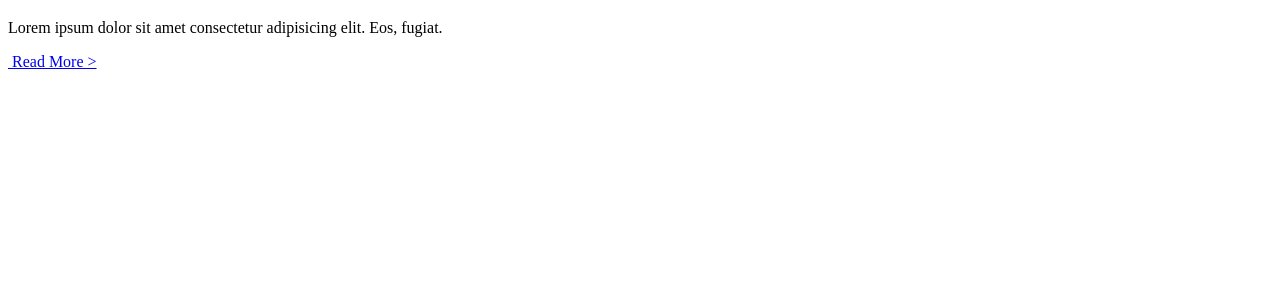
Repository: ngoctinvo/diner_project_cybersoft
Page: html/blog.html
An editor plug-in stored every save of this project. The page is shown before and after the next save, followed by the edit.
The browser window is 1280 px wide. The pictures show the whole page.

Above is the page before, as saved 2022-04-16 21:24:46.

After the next save:
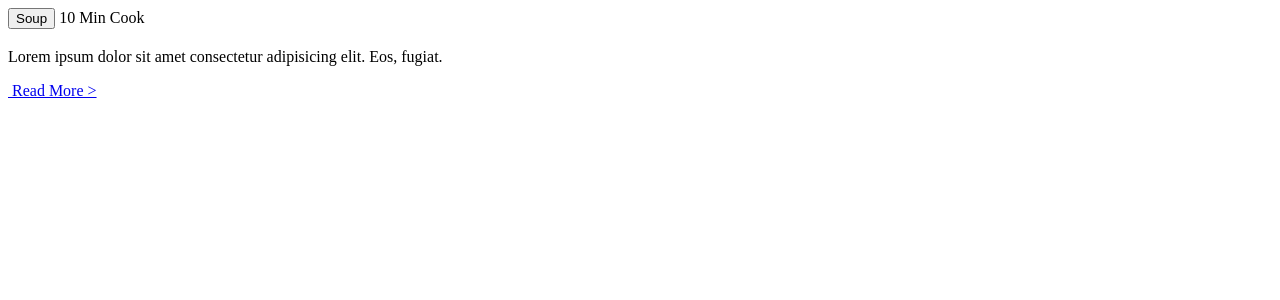
Saved 70 s later.
--- a/html/blog.html
+++ b/html/blog.html
@@ -17,7 +17,10 @@
                 <div class="left-posts">
                     <div class="list">
                         <div class="item">
-                            <div class="img"></div>
+                            <div class="img">
+                                <button>Soup</button>
+                                <span><i class="fa fa-clock"></i> 10 Min Cook</span>
+                            </div>
                             <div class="content">
                                 <h3></h3>
                                 <p>Lorem ipsum dolor sit amet consectetur adipisicing elit. Eos, fugiat.</p>
